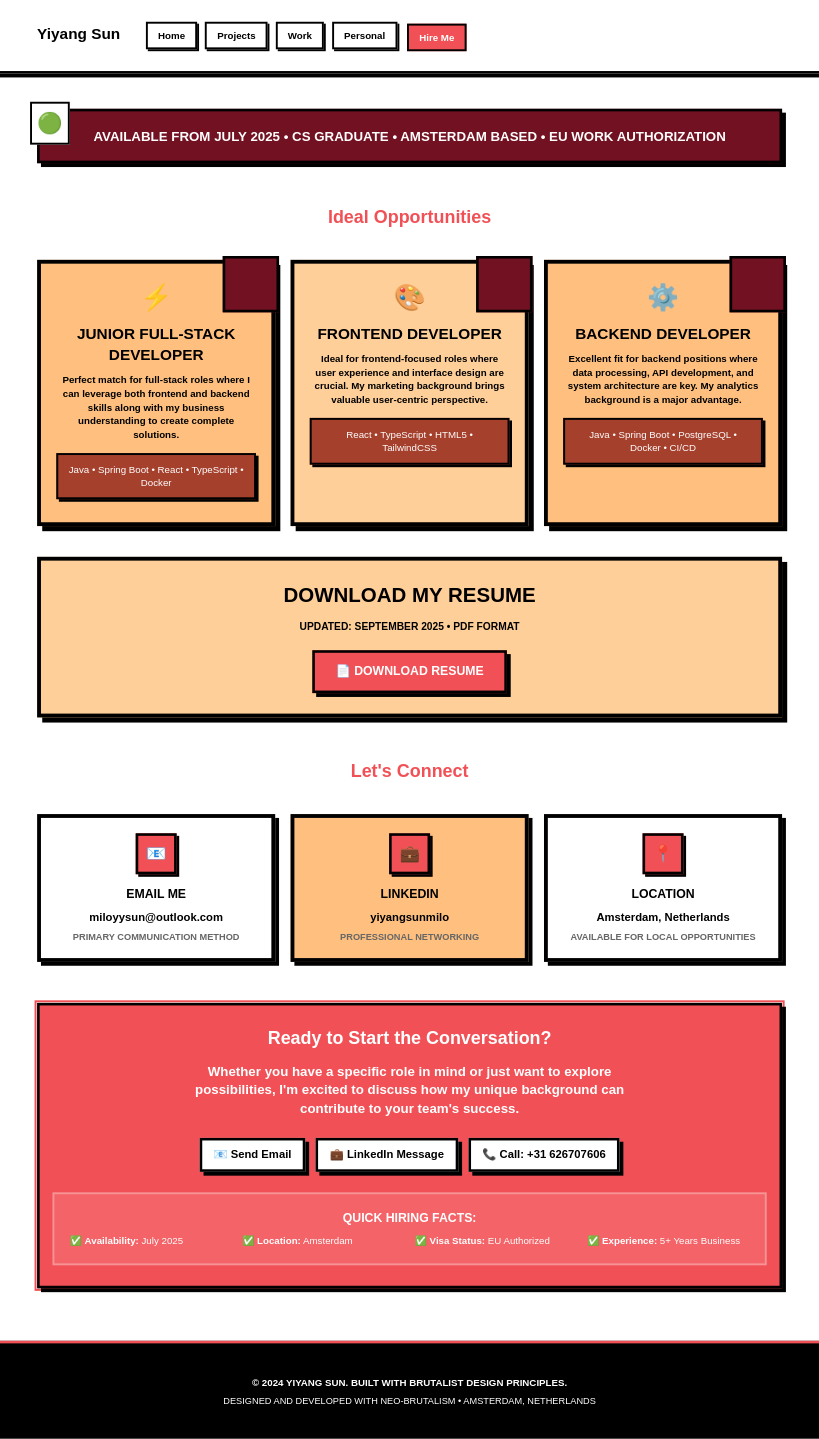
Repository: miloyiyangsun/yiyangsun.github.io
Page: .superdesign/design_iterations/yiyang_hireme_v2.html
An editor plug-in stored every save of this project. The page is shown before and after the next save, followed by the edit.
The browser window is 1280 px wide. The pictures show the whole page, at 64% of full size.

Above is the page before, as saved 2025-09-03 17:24:50.

### .superdesign/design_iterations/yiyang_hireme_v2.html
<!DOCTYPE html>
<html lang="en">
<head>
    <meta charset="UTF-8">
    <meta name="viewport" content="width=device-width, initial-scale=1.0">
    <title>Hire Me - Yiyang Sun [Neo-Brutalist Portfolio]</title>
    <meta name="description" content="Hire Yiyang Sun - Computer Science Student (2025 Graduate) with 5+ years business experience seeking Junior Full-Stack, Frontend, or Backend opportunities in Amsterdam. Neo-brutalist design.">

    <!-- Neo-Brutalist Theme -->
    <link rel="stylesheet" href="brutalist_theme_v2.css">

    <style>
        /* Hire Me specific brutal styles */
        body {
            padding-top: 120px;
            background: #FFFFFF;
        }

        .main-container {
            max-width: 1200px;
            margin: 0 auto;
            padding: 18px;
        }

        /* Hero CTA - Brutal */
        .hire-hero {
            background: #F15156;
            color: #FFFFFF;
            border: 8px solid #000000;
            padding: 48px 24px;
            text-align: center;
            box-shadow: 12px 12px 0 #000000;
            position: relative;
            margin: 24px 0;
        }

        .hire-hero::before {
            content: '💼';
            position: absolute;
            top: -30px;
            left: -30px;
            font-size: 4rem;
            background: #FFFFFF;
            border: 6px solid #000000;
            padding: 16px;
            width: 100px;
            height: 100px;
            display: flex;
            align-items: center;
            justify-content: center;
        }

        .hire-title {
            font-size: 2.5rem;
            font-weight: 900;
            text-transform: uppercase;
            margin: 0 0 18px 0;
            line-height: 0.9;
        }

        .hire-subtitle {
            font-size: 1.2rem;
            font-weight: 700;
            text-transform: uppercase;
            margin-bottom: 24px;
            opacity: 0.95;
        }

        /* Opportunity Cards - Brutal */
        .opportunity-grid {
            display: grid;
            grid-template-columns: repeat(auto-fit, minmax(300px, 1fr));
            gap: 24px;
            margin: 48px 0;
        }

        .opportunity-card {
            background: #FFFFFF;
            border: 6px solid #000000;
            padding: 24px;
            box-shadow: 8px 8px 0 #000000;
            position: relative;
            text-align: center;
        }

        .opportunity-card:hover {
            transform: translate(-4px, -4px);
            box-shadow: 16px 16px 0 #000000;
        }

        .opportunity-card:nth-child(1) {
            background: #FFC07F;
        }

        .opportunity-card:nth-child(2) {
            background: #FFCF99;
        }

        .opportunity-card:nth-child(3) {
            background: #FFC07F;
        }

        .opportunity-card::before {
            content: '';
            position: absolute;
            top: -12px;
            right: -12px;
            width: 80px;
            height: 80px;
            background: #721121;
            border: 4px solid #000000;
        }

        .opportunity-icon {
            font-size: 2.5rem;
            display: block;
            margin-bottom: 12px;
        }

        .opportunity-title {
            font-size: 1.5rem;
            font-weight: 900;
            text-transform: uppercase;
            color: #000000;
            margin-bottom: 12px;
        }

        .opportunity-description {
            font-size: 0.95rem;
            line-height: 1.4;
            font-weight: 600;
            margin-bottom: 18px;
        }

        /* Skills Match - Brutal */
        .skills-match {
            background: #A5402D;
            color: #FFFFFF;
            padding: 12px 16px;
            border: 3px solid #000000;
            margin: 12px 0;
            box-shadow: 4px 4px 0 #000000;
        }

        /* Contact Cards - Brutal */
        .contact-grid {
            display: grid;
            grid-template-columns: repeat(auto-fit, minmax(280px, 1fr));
            gap: 24px;
            margin: 48px 0;
        }

        .contact-card {
            background: #FFFFFF;
            border: 6px solid #000000;
            padding: 24px;
            text-align: center;
            box-shadow: 6px 6px 0 #000000;
            position: relative;
        }

        .contact-card:hover {
            background: #FFCF99;
            transform: translate(-3px, -3px);
            box-shadow: 11px 11px 0 #000000;
        }

        .contact-card:nth-child(even) {
            background: #FFC07F;
        }

        .contact-card:nth-child(even):hover {
            background: #F15156;
            color: #FFFFFF;
        }

        .contact-icon {
            width: 64px;
            height: 64px;
            background: #F15156;
            border: 4px solid #000000;
            border-radius: 0;
            margin: 0 auto 18px auto;
            display: flex;
            align-items: center;
            justify-content: center;
            font-size: 1.6rem;
            color: #FFFFFF;
            box-shadow: 4px 4px 0 #000000;
        }

        .contact-title {
            font-size: 1.2rem;
            font-weight: 900;
            text-transform: uppercase;
            margin-bottom: 10px;
            color: #000000;
        }

        .contact-info {
            font-size: 1.1rem;
            font-weight: 700;
            margin-bottom: 8px;
        }

        .contact-description {
            font-size: 0.9rem;
            font-weight: 600;
            text-transform: uppercase;
            color: #666666;
        }

        /* Value Proposition - Brutal */
        .value-proposition {
            background: #721121;
            color: #FFFFFF;
            padding: 48px;
            border: 8px solid #000000;
            box-shadow: 12px 12px 0 #000000;
            margin: 64px 0;
        }

        .value-title {
            font-size: 2.5rem;
            font-weight: 900;
            text-transform: uppercase;
            text-align: center;
            margin-bottom: 32px;
        }

        .value-grid {
            display: grid;
            grid-template-columns: repeat(auto-fit, minmax(250px, 1fr));
            gap: 24px;
        }

        .value-item {
            padding: 24px;
            background: rgba(255, 255, 255, 0.1);
            border: 2px solid rgba(255, 255, 255, 0.3);
            text-align: center;
        }

        .value-item-title {
            font-size: 1.2rem;
            font-weight: 900;
            text-transform: uppercase;
            margin-bottom: 12px;
        }

        .value-item-description {
            font-size: 1rem;
            font-weight: 500;
            line-height: 1.4;
        }

        /* Resume Download - Brutal */
        .resume-section {
            background: #FFCF99;
            border: 6px solid #000000;
            padding: 32px;
            text-align: center;
            box-shadow: 8px 8px 0 #000000;
            margin: 32px 0;
        }

        .resume-title {
            font-size: 2rem;
            font-weight: 900;
            text-transform: uppercase;
            margin-bottom: 16px;
        }

        .resume-info {
            font-size: 1rem;
            font-weight: 600;
            margin-bottom: 24px;
            text-transform: uppercase;
        }

        .download-button {
            display: inline-block;
            background: #F15156;
            color: #FFFFFF;
            padding: 16px 32px;
            border: 4px solid #000000;
            text-decoration: none;
            font-weight: 900;
            font-size: 1.2rem;
            text-transform: uppercase;
            box-shadow: 6px 6px 0 #000000;
        }

        .download-button:hover {
            background: #721121;
            transform: translate(-2px, -2px);
            box-shadow: 8px 8px 0 #000000;
        }

        /* Availability Status - Brutal */
        .availability {
            background: #721121;
            color: #FFFFFF;
            padding: 24px;
            border: 4px solid #000000;
            text-align: center;
            margin: 32px 0;
            box-shadow: 6px 6px 0 #000000;
            position: relative;
        }

        .availability::before {
            content: '🟢';
            position: absolute;
            top: -15px;
            left: -15px;
            font-size: 2rem;
            background: #FFFFFF;
            border: 3px solid #000000;
            padding: 8px;
            border-radius: 0;
        }

        .availability-text {
            font-size: 1.3rem;
            font-weight: 900;
            text-transform: uppercase;
        }

        /* Mobile responsive */
        @media (max-width: 768px) {
            .hire-title {
                font-size: 2.5rem;
            }

            .hire-hero {
                padding: 40px 20px;
            }

            .opportunity-grid,
            .contact-grid {
                grid-template-columns: 1fr;
            }

            .value-proposition {
                padding: 32px 20px;
            }

            .value-title {
                font-size: 2rem;
            }
        }
    </style>
</head>

<body>
    <!-- Brutalist Navigation -->
    <nav class="brutalist-nav">
        <div class="main-container">
            <strong style="font-size: 1.5rem; margin-right: 32px;">Yiyang Sun</strong>
            <a href="yiyang_home_v2.html" class="brutalist-nav-item">Home</a>
            <a href="yiyang_projects_v2.html" class="brutalist-nav-item">Projects</a>
            <a href="yiyang_work_v2.html" class="brutalist-nav-item">Work</a>
            <a href="yiyang_personal_v2.html" class="brutalist-nav-item">Personal</a>
            <a href="yiyang_hireme_v2.html" class="brutalist-nav-item active">Hire Me</a>
        </div>
    </nav>

    <!-- Main Content -->
    <main class="main-container">
        <!-- Hero CTA -->
        <!-- <section class="hire-hero">
            <div class="hire-title">Hire Me Now!</div>
            <div class="hire-subtitle">CS Student (2025 Graduate) with 5+ Years Business Background</div>
            <p style="font-size: 1.2rem; font-weight: 600; max-width: 600px; margin: 0 auto 32px auto;">
                Computer Science student graduating July 2025 seeking Junior Full-Stack, Frontend, or Backend opportunities.
                5+ years international business experience + technical skills.
            </p>
            <a href="mailto:miloyysun@outlook.com?subject=Job Opportunity&body=Hi Yiyang, I'm interested in discussing a software development opportunity with you."
               class="brutalist-button" style="background: #FFFFFF; color: #000000; font-size: 1.2rem; padding: 16px 32px;">
Email Me Today
            </a>
        </section> -->

        <!-- Availability Status -->
        <!-- <section class="availability">
            <div class="availability-text">Available from July 2025 • CS Graduate • Amsterdam Based • EU Work Authorization</div>
        </section> -->
  <section class="availability">
            <div class="availability-text">Available from July 2025 • CS Graduate • Amsterdam Based • EU Work Authorization</div>
        </section>
        <!-- Opportunity Types -->
        <section>
            <h2 class="title-large brutalist-text-center" style="margin: 64px 0 32px 0;">Ideal Opportunities</h2>

            <div class="opportunity-grid">
                <div class="opportunity-card">
                    <span class="opportunity-icon">⚡</span>
                    <div class="opportunity-title">Junior Full-Stack Developer</div>
                    <div class="opportunity-description">
                        Perfect match for full-stack roles where I can leverage both frontend and backend skills
                        along with my business understanding to create complete solutions.
                    </div>
                    <div class="skills-match">
                        Java • Spring Boot • React • TypeScript • Docker
                    </div>
                </div>

                <div class="opportunity-card">
                    <span class="opportunity-icon">🎨</span>
                    <div class="opportunity-title">Frontend Developer</div>
                    <div class="opportunity-description">
                        Ideal for frontend-focused roles where user experience and interface design are crucial.
                        My marketing background brings valuable user-centric perspective.
                    </div>
                    <div class="skills-match">
                        React • TypeScript • HTML5 • TailwindCSS
                    </div>
                </div>

                <div class="opportunity-card">
                    <span class="opportunity-icon">⚙️</span>
                    <div class="opportunity-title">Backend Developer</div>
                    <div class="opportunity-description">
                        Excellent fit for backend positions where data processing, API development, and system architecture
                        are key. My analytics background is a major advantage.
                    </div>
                    <div class="skills-match">
                        Java • Spring Boot • PostgreSQL • Docker • CI/CD
                    </div>
                </div>
            </div>
        </section>

        <!-- Value Proposition -->
        <!-- <section class="value-proposition">
            <div class="value-title">Why Hire Me?</div>
            <div class="value-grid">
                <div class="value-item">
                    <div class="value-item-title">Unique Business Background</div>
                    <div class="value-item-description">
                        5+ years of international business experience brings valuable perspective to software development projects
                    </div>
                </div>
                <div class="value-item">
                    <div class="value-item-title">Proven Problem Solver</div>
                    <div class="value-item-description">
                        Demonstrated ability to analyze complex problems and implement effective technical solutions
                    </div>
                </div>
                <div class="value-item">
                    <div class="value-item-title">International Experience</div>
                    <div class="value-item-description">
                        Worked across Singapore, China, and Netherlands - excellent for global teams and cross-cultural projects
                    </div>
                </div>
                <div class="value-item">
                    <div class="value-item-title">Career Transition Success</div>
                    <div class="value-item-description">
                        Successfully transitioned from 5+ years business career to Computer Science, graduating July 2025
                    </div>
                </div>
            </div>
        </section> -->

        <!-- Resume Download -->
        <section class="resume-section">
            <div class="resume-title">Download My Resume</div>
            <div class="resume-info">Updated: September 2025 • PDF Format</div>
            <a href="#" class="download-button">📄 Download Resume</a>
        </section>

        <!-- Contact Information -->
        <section>
            <h2 class="title-large brutalist-text-center" style="margin: 64px 0 32px 0;">Let's Connect</h2>

            <div class="contact-grid">
                <div class="contact-card">
                    <div class="contact-icon">📧</div>
                    <div class="contact-title">Email Me</div>
                    <div class="contact-info">miloyysun@outlook.com</div>
                    <div class="contact-description">Primary Communication Method</div>
                </div>

                <div class="contact-card">
                    <div class="contact-icon">💼</div>
                    <div class="contact-title">LinkedIn</div>
                    <div class="contact-info">yiyangsunmilo</div>
                    <div class="contact-description">Professional Networking</div>
                </div>

                <div class="contact-card">
                    <div class="contact-icon">📍</div>
                    <div class="contact-title">Location</div>
                    <div class="contact-info">Amsterdam, Netherlands</div>
                    <div class="contact-description">Available for Local Opportunities</div>
                </div>
            </div>
        </section>

        <!-- Final CTA -->
        <section class="brutalist-hero brutalist-bg-red" style="margin: 64px 0;">
            <div class="brutalist-text-center">
                <h2 class="title-large" style="color: #FFFFFF; margin-bottom: 16px;">Ready to Start the Conversation?</h2>
                <p style="font-size: 1.3rem; font-weight: 700; color: #FFFFFF; margin-bottom: 32px; max-width: 700px; margin-left: auto; margin-right: auto;">
                    Whether you have a specific role in mind or just want to explore possibilities,
                    I'm excited to discuss how my unique background can contribute to your team's success.
                </p>
                <div style="display: flex; justify-content: center; gap: 16px; flex-wrap: wrap;">
                    <a href="mailto:miloyysun@outlook.com?subject=Software Development Opportunity&body=Hi Yiyang, I'm interested in discussing potential opportunities with you."
                       class="brutalist-button" style="background: #FFFFFF; color: #000000; font-size: 1.1rem;">
                        📧 Send Email
                    </a>
                    <a href="https://linkedin.com/in/yiyangsunmilo"
                       class="brutalist-button" style="background: #FFFFFF; color: #000000; font-size: 1.1rem;" target="_blank">
                        💼 LinkedIn Message
                    </a>
                    <a href="tel:+31626707606"
                       class="brutalist-button" style="background: #FFFFFF; color: #000000; font-size: 1.1rem;">
                        📞 Call: +31 626707606
                    </a>
                </div>

                <div style="margin-top: 32px; padding: 24px; background: rgba(255,255,255,0.1); border: 3px solid rgba(255,255,255,0.3);">
                    <h3 style="font-size: 1.2rem; font-weight: 900; text-transform: uppercase; margin-bottom: 12px;">Quick Hiring Facts:</h3>
                    <div style="display: grid; grid-template-columns: repeat(auto-fit, minmax(150px, 1fr)); gap: 16px; text-align: left;">
                        <div>✅ <strong>Availability:</strong> July 2025</div>
                        <div>✅ <strong>Location:</strong> Amsterdam</div>
                        <div>✅ <strong>Visa Status:</strong> EU Authorized</div>
                        <div>✅ <strong>Experience:</strong> 5+ Years Business</div>
                    </div>
                </div>
            </div>
        </section>
    </main>

    <!-- Footer -->
    <footer style="background: #000000; color: #FFFFFF; padding: 32px; text-align: center; border-top: 4px solid #F15156;">
        <div class="main-container">
            <p style="font-weight: 700; text-transform: uppercase; margin-bottom: 8px;">
                &copy; 2024 Yiyang Sun. Built with brutalist design principles.
            </p>
            <p style="font-size: 0.9rem; text-transform: uppercase;">
                Designed and developed with neo-brutalism • Amsterdam, Netherlands
            </p>
        </div>
    </footer>

    <script>
        // Minimal JavaScript for hire me page
        console.log('💼 HIRE ME PAGE - NEO-BRUTALIST DESIGN LOADED');
        console.log('🚀 READY TO HIRE YIYANG SUN!');

        // Enhanced button press effects for CTA buttons
        document.querySelectorAll('.brutalist-button, .download-button, .contact-card').forEach(element => {
            element.addEventListener('mousedown', function() {
                this.style.transform = 'translate(3px, 3px)';
                this.style.boxShadow = 'none';
            });

            element.addEventListener('mouseup', function() {
                this.style.transform = '';
                this.style.boxShadow = '';
            });

            element.addEventListener('mouseleave', function() {
                this.style.transform = '';
                this.style.boxShadow = '';
            });
        });

        // Log hiring intent tracking
        document.querySelectorAll('a[href^="mailto:"]').forEach(emailLink => {
            emailLink.addEventListener('click', function() {
                console.log('📧 EMAIL CLICK - POTENTIAL HIRE INTEREST!');
            });
        });
    </script>
</body>
</html>

Loaded but not shown: .superdesign/design_iterations/brutalist_theme_v2.css (336 lines, source omitted)

After the next save:
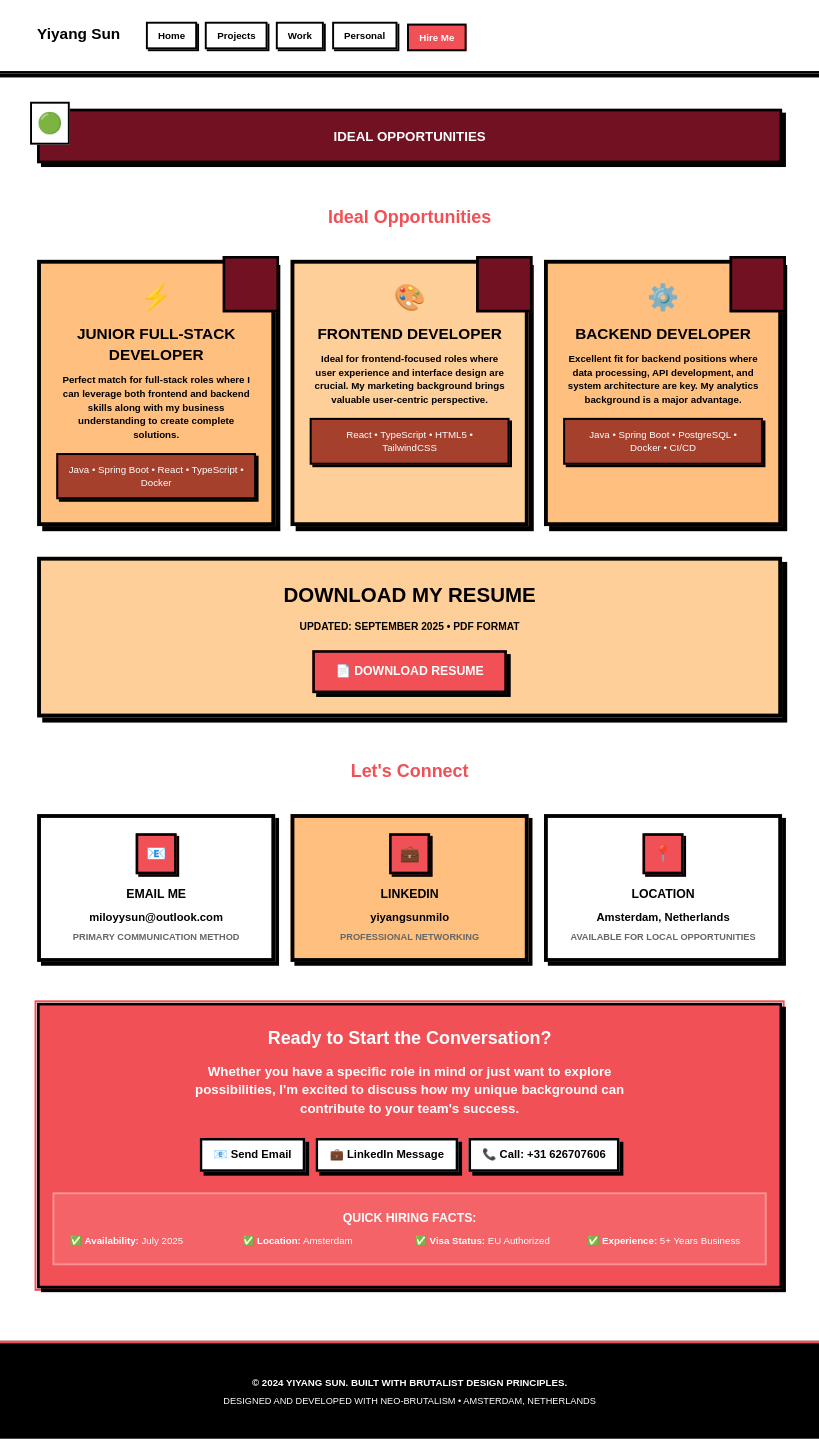
Saved 13 s later.
--- a/.superdesign/design_iterations/yiyang_hireme_v2.html
+++ b/.superdesign/design_iterations/yiyang_hireme_v2.html
@@ -386,8 +386,8 @@ Email Me Today
         <!-- <section class="availability">
             <div class="availability-text">Available from July 2025 • CS Graduate • Amsterdam Based • EU Work Authorization</div>
         </section> -->
-  <section class="availability">
-            <div class="availability-text">Available from July 2025 • CS Graduate • Amsterdam Based • EU Work Authorization</div>
+        <section class="availability">
+            <div class="availability-text">Ideal Opportunities</div>
         </section>
         <!-- Opportunity Types -->
         <section>
